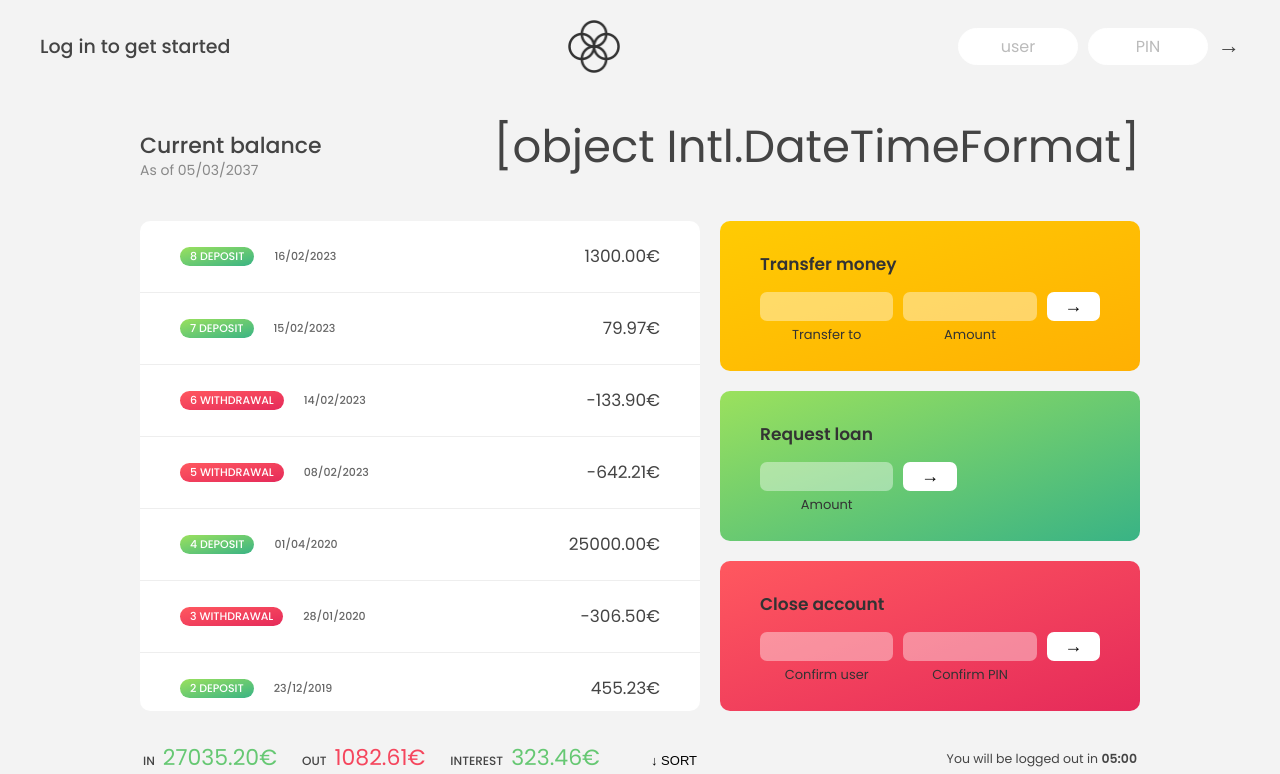
Repository: otvertka/jsc_12
Page: index.html
These files come from the project's save history. The page is drawn as it stood at one moment and after the next save; the edit follows.
The browser window is 1280 px wide. The pictures show the whole page.
An inner scrolling area shows only its first screen.

Above is the page before, as saved 2023-02-17 12:47:20.

After the next save:
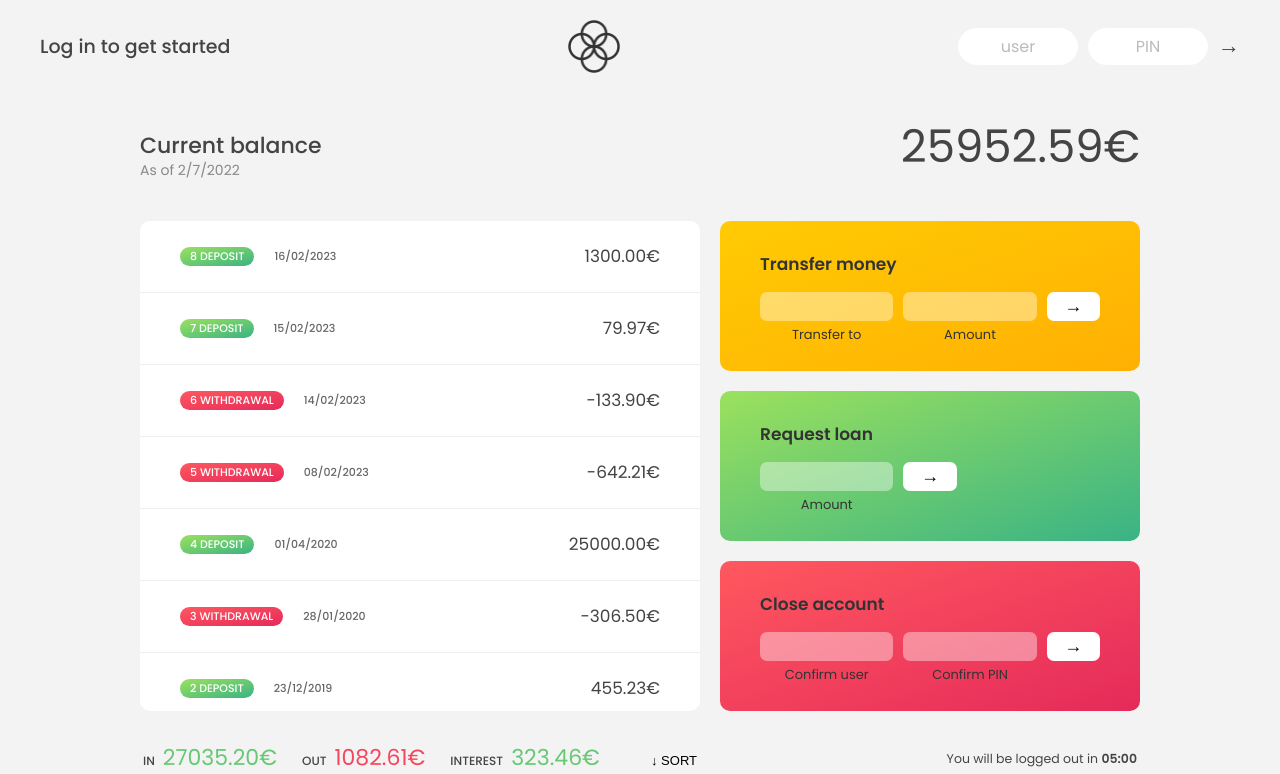
Saved 87 s later.
--- a/script.js
+++ b/script.js
@@ -186,7 +186,7 @@ containerApp.style.opacity = 100;
 
 // Experimenting API
 const now = new Date();
-labelBalance.textContent = new Intl.DateTimeFormat('en-US');
+labelDate.textContent = new Intl.DateTimeFormat('en-US').format(now);
 
 btnLogin.addEventListener('click', function (e) {
   // Prevent form from submitting
